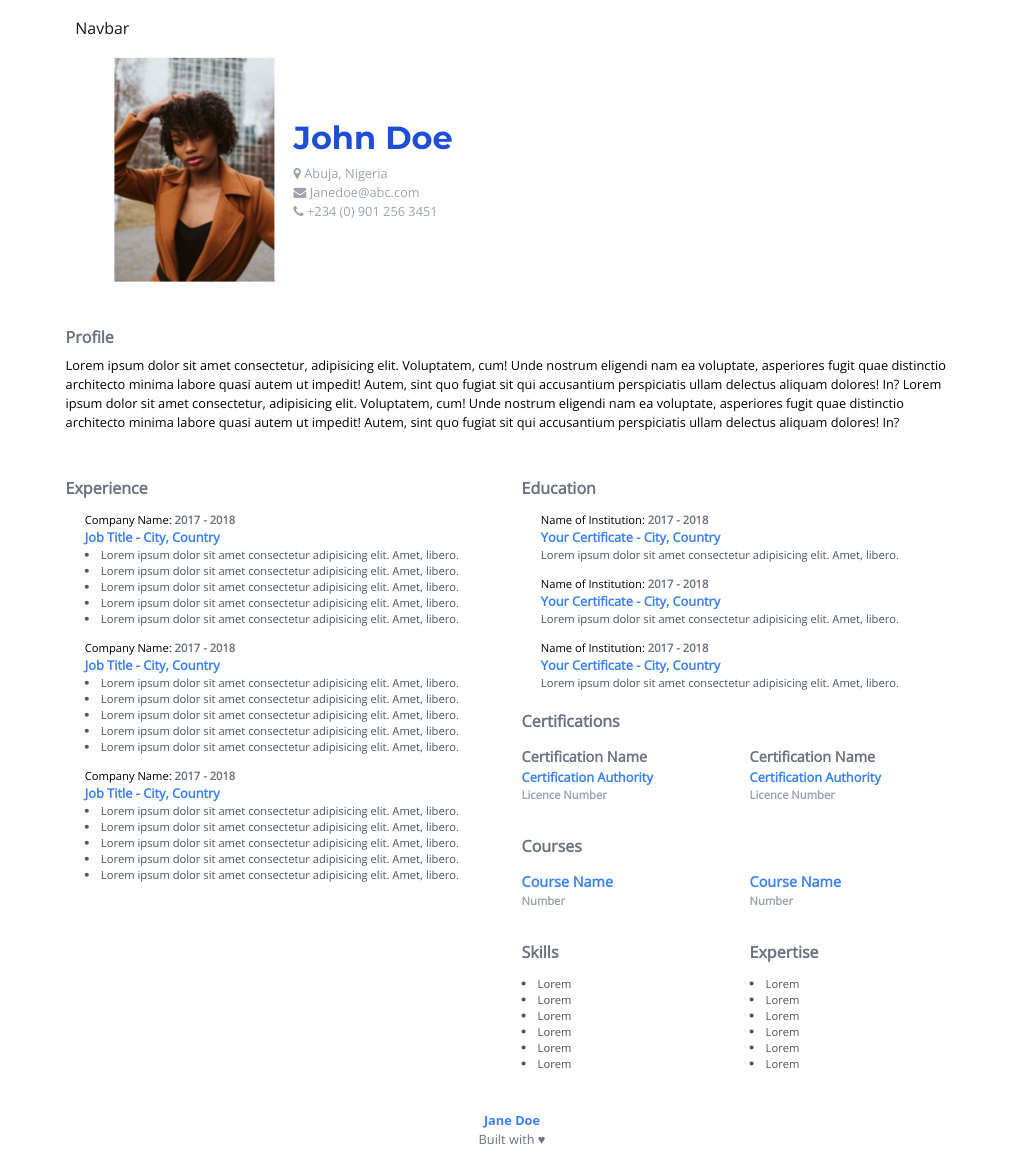
Repository: latenightsnacc/giggles
Page: HTML/CV.html
An editor plug-in stored every save of this project. The page is shown before and after the next save, followed by the edit.
The browser window is 1280 px wide. The pictures show the whole page, at 80% of full size.
Some web libraries are served in a nearby version.

Above is the page before, as saved 2021-01-05 15:01:55.

### HTML/CV.html
<!DOCTYPE html>
<html lang="en">
<head>
    <meta charset="UTF-8">
    <meta name="viewport" content="width=device-width, initial-scale=1.0">
    <link href="https://cdnjs.cloudflare.com/ajax/libs/tailwindcss/2.0.2/tailwind.min.css" rel="stylesheet">
    <link rel="stylesheet" href="https://stackpath.bootstrapcdn.com/font-awesome/4.7.0/css/font-awesome.min.css" />
    <link href="https://cdn.jsdelivr.net/npm/bootstrap@5.0.0-beta1/dist/css/bootstrap.min.css" rel="stylesheet" integrity="sha384-giJF6kkoqNQ00vy+HMDP7azOuL0xtbfIcaT9wjKHr8RbDVddVHyTfAAsrekwKmP1" crossorigin="anonymous">
    <link rel="stylesheet" href="stylesheet.css">
    <title>CV Page</title>
</head>
<body class="overflow-x-hidden">
    <!--Navigation-->
    <header class="container">
        <nav class="navbar navbar-expand-lg navbar-light bg-white py-3">
            <div class="container-fluid">
              <a class="navbar-brand" href="search.html">Navbar</a>
              <button class="navbar-toggler" type="button" data-bs-toggle="collapse" data-bs-target="#navbarNavDropdown" aria-controls="navbarNavDropdown" aria-expanded="false" aria-label="Toggle navigation">
                <span class="navbar-toggler-icon"></span>
              </button>
              <div class="collapse navbar-collapse" id="navbarNavDropdown">

              </div>
            </div>
        </nav>
    </header>
    <main>
        <!--Basic Profile-->
        <div class="container">
            <div class="row flex items-center">
                <div class="col-xs-12 col-sm-12 col-md-3 col-lg-3 col-xl-3">
                    <div>
                        <img class="float-right" src="assets/userDp.jpg" style="width:200px" alt="profile picture">
                    </div>
                </div>
                <div class="col-xs-12 col-sm-12 col-md-9 col-lg-9 col-xl-9">
                    <div>
                        <h1 class="font-bold text-blue-700">John Doe</h1>
                        <li class="list-none text-gray-400">
                            <i class="fa fa-map-marker"></i>
                            Abuja, Nigeria
                        </li>
                        <li class="list-none text-gray-400">
                            <i class="fa fa-envelope"></i>
                            Janedoe@abc.com
                        </li>
                        <li class="list-none text-gray-400">
                            <i class="fa fa-phone"></i>
                            +234 (0) 901 256 3451
                        </li>
                    </div>
                </div>
            </div>
        </div>

        <div class="container my-5">
            <div class="text-gray-500 font-semibold text-xl py-2">Profile</div>
            <p class="text-md text-black">Lorem ipsum dolor sit amet consectetur, adipisicing elit. Voluptatem, cum! Unde nostrum eligendi nam ea voluptate, asperiores fugit quae distinctio architecto minima labore quasi autem ut impedit! Autem, sint quo fugiat sit qui accusantium perspiciatis ullam delectus aliquam dolores! In? Lorem ipsum dolor sit amet consectetur, adipisicing elit. Voluptatem, cum! Unde nostrum eligendi nam ea voluptate, asperiores fugit quae distinctio architecto minima labore quasi autem ut impedit! Autem, sint quo fugiat sit qui accusantium perspiciatis ullam delectus aliquam dolores! In?</p>
        </div>

        <div class="container my-5">
            <div class="row">
                <div class="col-xs-12 col-sm-12 col-md-12 col-lg-6 col-xl-6">
                    <div class="text-gray-500 font-semibold text-xl py-2">Experience</div>
                    <div class="container-sm my-2">
                        <div class="text-black text-sm">Company Name: <span class="text-gray-500 font-semibold">2017 - 2018</span></div>
                        <div class="font-bold text-md text-blue-500">Job Title - City, Country</div>
                        <li class="text-sm text-gray-600">Lorem ipsum dolor sit amet consectetur adipisicing elit. Amet, libero.</li>
                        <li class="text-sm text-gray-600">Lorem ipsum dolor sit amet consectetur adipisicing elit. Amet, libero.</li>
                        <li class="text-sm text-gray-600">Lorem ipsum dolor sit amet consectetur adipisicing elit. Amet, libero.</li>
                        <li class="text-sm text-gray-600">Lorem ipsum dolor sit amet consectetur adipisicing elit. Amet, libero.</li>
                        <li class="text-sm text-gray-600">Lorem ipsum dolor sit amet consectetur adipisicing elit. Amet, libero.</li>
                    </div>
                    <div class="container-sm my-3">
                        <div class="text-black text-sm">Company Name: <span class="text-gray-500 font-semibold">2017 - 2018</span></div>
                        <div class="font-bold text-md text-blue-500">Job Title - City, Country</div>
                        <li class="text-sm text-gray-600">Lorem ipsum dolor sit amet consectetur adipisicing elit. Amet, libero.</li>
                        <li class="text-sm text-gray-600">Lorem ipsum dolor sit amet consectetur adipisicing elit. Amet, libero.</li>
                        <li class="text-sm text-gray-600">Lorem ipsum dolor sit amet consectetur adipisicing elit. Amet, libero.</li>
                        <li class="text-sm text-gray-600">Lorem ipsum dolor sit amet consectetur adipisicing elit. Amet, libero.</li>
                        <li class="text-sm text-gray-600">Lorem ipsum dolor sit amet consectetur adipisicing elit. Amet, libero.</li>
                    </div>
                    <div class="container-sm my-3">
                        <div class="text-black text-sm">Company Name: <span class="text-gray-500 font-semibold">2017 - 2018</span></div>
                        <div class="font-bold text-md text-blue-500">Job Title - City, Country</div>
                        <li class="text-sm text-gray-600">Lorem ipsum dolor sit amet consectetur adipisicing elit. Amet, libero.</li>
                        <li class="text-sm text-gray-600">Lorem ipsum dolor sit amet consectetur adipisicing elit. Amet, libero.</li>
                        <li class="text-sm text-gray-600">Lorem ipsum dolor sit amet consectetur adipisicing elit. Amet, libero.</li>
                        <li class="text-sm text-gray-600">Lorem ipsum dolor sit amet consectetur adipisicing elit. Amet, libero.</li>
                        <li class="text-sm text-gray-600">Lorem ipsum dolor sit amet consectetur adipisicing elit. Amet, libero.</li>
                    </div>
                </div>
                <div class="col-xs-12 col-sm-12 col-md-12 col-lg-6 col-xl-6">
                    <div class="text-gray-500 font-semibold text-xl py-2">Education</div>
                    <div class="container-sm my-2">
                        <div class="text-black text-sm">Name of Institution: <span class="text-gray-500 font-semibold"> 2017 - 2018</span></div>
                        <div class="font-bold text-md text-blue-500">Your Certificate - City, Country</div>
                        <p class="text-sm text-gray-600">Lorem ipsum dolor sit amet consectetur adipisicing elit. Amet, libero.</p>
                    </div>
                    <div class="container-sm my-2">
                        <div class="text-black text-sm">Name of Institution: <span class="text-gray-500 font-semibold"> 2017 - 2018</span></div>
                        <div class="font-bold text-md text-blue-500">Your Certificate - City, Country</div>
                        <p class="text-sm text-gray-600">Lorem ipsum dolor sit amet consectetur adipisicing elit. Amet, libero.</p>
                    </div>
                    <div class="container-sm my-2">
                        <div class="text-black text-sm">Name of Institution: <span class="text-gray-500 font-semibold"> 2017 - 2018</span></div>
                        <div class="font-bold text-md text-blue-500">Your Certificate - City, Country</div>
                        <p class="text-sm text-gray-600">Lorem ipsum dolor sit amet consectetur adipisicing elit. Amet, libero.</p>
                    </div>
                    <div class="text-gray-500 font-semibold text-xl py-2 mt-3 mb-2">Certifications</div>
                    <div class="row">
                        <div class="col-xs-6 col-sm-6 col-md-6 col-lg-6 col-xl-6">
                            <div class="text-gray-500 font-semibold text-lg">Certification Name</div>
                            <div class="font-bold text-md text-blue-500">Certification Authority</div>
                            <p class="font-semibold text-sm text-gray-400">Licence Number</p>
                        </div>
                        <div class="col-xs-6 col-sm-6 col-md-6 col-lg-6 col-xl-6">
                            <div class="text-gray-500 font-semibold text-lg">Certification Name</div>
                            <div class="font-bold text-md text-blue-500">Certification Authority</div>
                            <p class="font-semibold text-sm text-gray-400">Licence Number</p>
                        </div>
                    </div>
                    <div class="text-gray-500 font-semibold text-xl py-2 mt-3 mb-2">Courses</div>
                    <div class="row">
                        <div class="col-xs-6 col-sm-6 col-md-6 col-lg-6 col-xl-6">
                            <div class="text-blue-500 font-semibold text-lg">Course Name</div>
                            <p class="font-semibold text-sm text-gray-400">Number</p>
                        </div>
                        <div class="col-xs-6 col-sm-6 col-md-6 col-lg-6 col-xl-6">
                            <div class="text-blue-500 font-semibold text-lg">Course Name</div>
                            <p class="font-semibold text-sm text-gray-400">Number</p>
                        </div>
                    </div>
                    <div class="row">
                        <div class="col-xs-6 col-sm-6 col-md-6 col-lg-6 col-xl-6">
                            <div class="text-gray-500 font-semibold text-xl py-2 mt-3 mb-2">Skills</div>
                            <li class="text-sm text-gray-600">Lorem</li>
                            <li class="text-sm text-gray-600">Lorem</li>
                            <li class="text-sm text-gray-600">Lorem</li>
                            <li class="text-sm text-gray-600">Lorem</li>
                            <li class="text-sm text-gray-600">Lorem</li>
                            <li class="text-sm text-gray-600">Lorem</li>

                        </div>
                        <div class="col-xs-6 col-sm-6 col-md-6 col-lg-6 col-xl-6">
                            <div class="text-gray-500 font-semibold text-xl py-2 mt-3 mb-2">Expertise</div>
                            <li class="text-sm text-gray-600">Lorem</li>
                            <li class="text-sm text-gray-600">Lorem</li>
                            <li class="text-sm text-gray-600">Lorem</li>
                            <li class="text-sm text-gray-600">Lorem</li>
                            <li class="text-sm text-gray-600">Lorem</li>
                            <li class="text-sm text-gray-600">Lorem</li>
                        </div>
                    </div>

                </div>
            </div>
        </div>
    </main>
    <footer class="text-center text-l text-blue-500 font-semibold">
        Jane Doe
        <p class="text-gray-500">Built with &hearts;</p>
    </footer>

    <script src="https://cdn.jsdelivr.net/npm/bootstrap@5.0.0-beta1/dist/js/bootstrap.bundle.min.js" integrity="sha384-ygbV9kiqUc6oa4msXn9868pTtWMgiQaeYH7/t7LECLbyPA2x65Kgf80OJFdroafW" crossorigin="anonymous"></script>

</body>
</html>

### HTML/stylesheet.css
@import url('https://fonts.googleapis.com/css2?family=Montserrat:wght@400;700&family=Open+Sans:wght@300;400&display=swap');

h1, h2, h3, h4, h5, h6 {
    font-family: 'Montserrat', sans-serif;
}
.user-info h1 {
    line-height: 60px;
    font-size: 50px;
    font-weight: 700;
    margin-top: 20px;
}
.user-info h2 {
    line-height: 27px;
    font-size: 18px;
    font-weight: 400;
    margin-top: 15px;
}
.user-info span {
    line-height: 36px;
    font-size: 30px;
    font-weight: 600;
}
.user-info p {
    margin: 5px 0;
}
.user-info button {
    margin-top: 10px;
}
p, div, a, button {
    font-family: 'Open Sans', sans-serif;
    font-weight: 300;
}

.work-experience .row:hover .text {
    border:2px solid  #3b82f6;

}
.work-experience .row:hover .flex .no {
    border:1px solid #3b82f6;

}
.nav-link {
    color: #3b82f6 !important;
}
.nav-item .active{
    font-weight: 600;
}

After the next save:
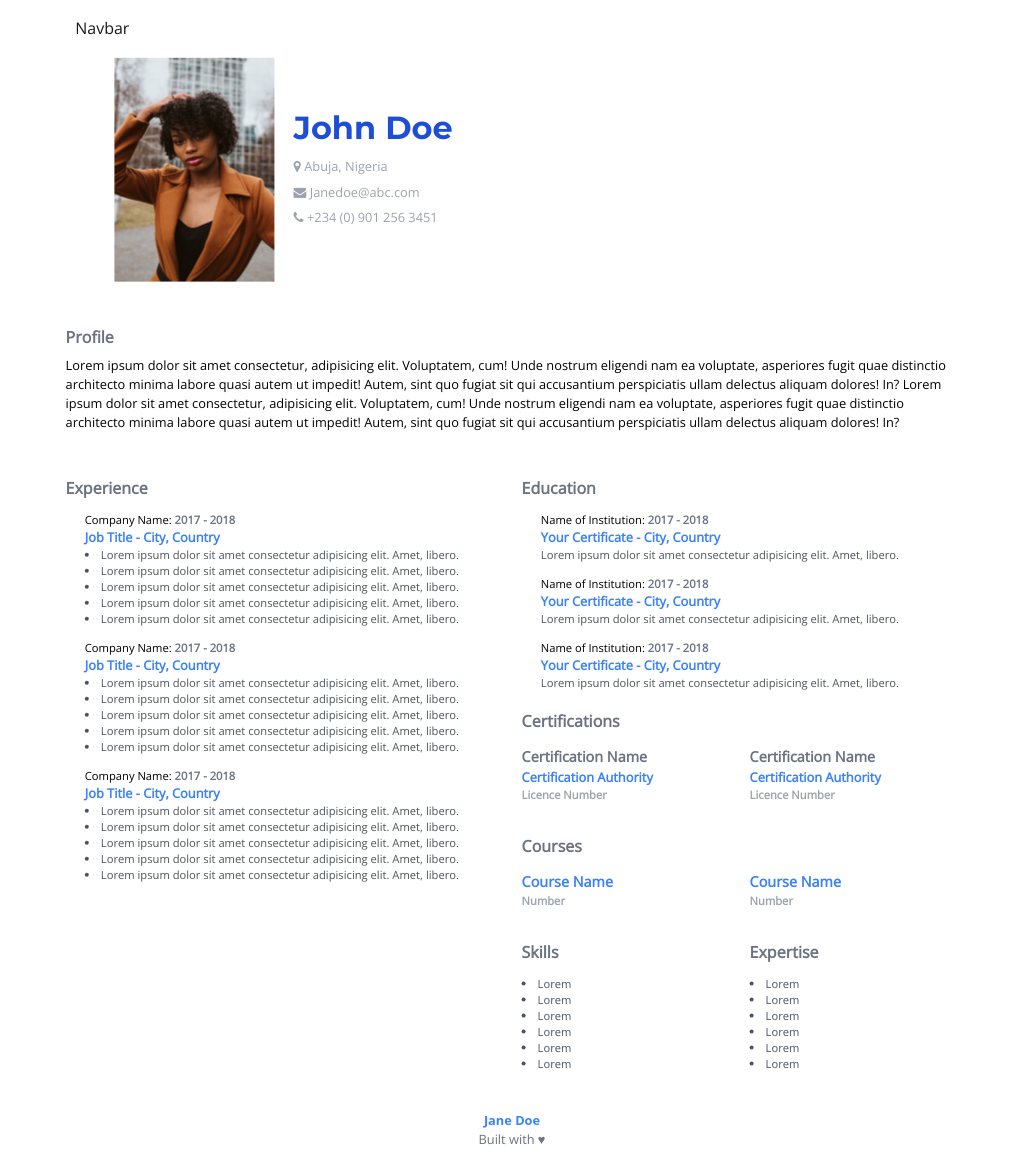
Saved 112 s later.
--- a/HTML/CV.html
+++ b/HTML/CV.html
@@ -36,15 +36,15 @@
                 <div class="col-xs-12 col-sm-12 col-md-9 col-lg-9 col-xl-9">
                     <div>
                         <h1 class="font-bold text-blue-700">John Doe</h1>
-                        <li class="list-none text-gray-400">
+                        <li class="list-none py-1 text-gray-400">
                             <i class="fa fa-map-marker"></i>
                             Abuja, Nigeria
                         </li>
-                        <li class="list-none text-gray-400">
+                        <li class="list-none py-1 text-gray-400">
                             <i class="fa fa-envelope"></i>
                             Janedoe@abc.com
                         </li>
-                        <li class="list-none text-gray-400">
+                        <li class="list-none py-1 text-gray-400">
                             <i class="fa fa-phone"></i>
                             +234 (0) 901 256 3451
                         </li>
